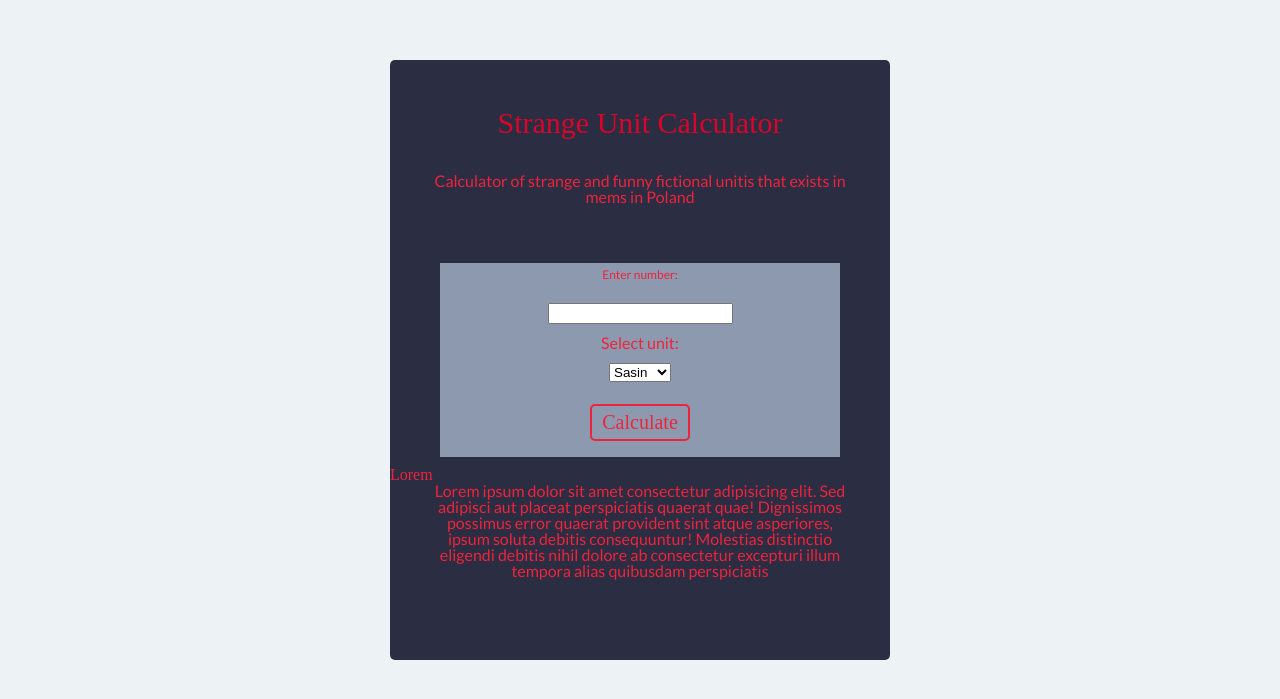
Repository: Gibon9/Calc2
Page: index.html
The author's editor kept a copy of each file at every save. The page is drawn from the files as they stood at one save, then again after the next save.
The browser window is 1280 px wide. The pictures show the whole page.
Some web fonts or font styles are not loaded; a fallback is used.

Above is the page before, as saved 2020-11-25 11:36:29.

After the next save:
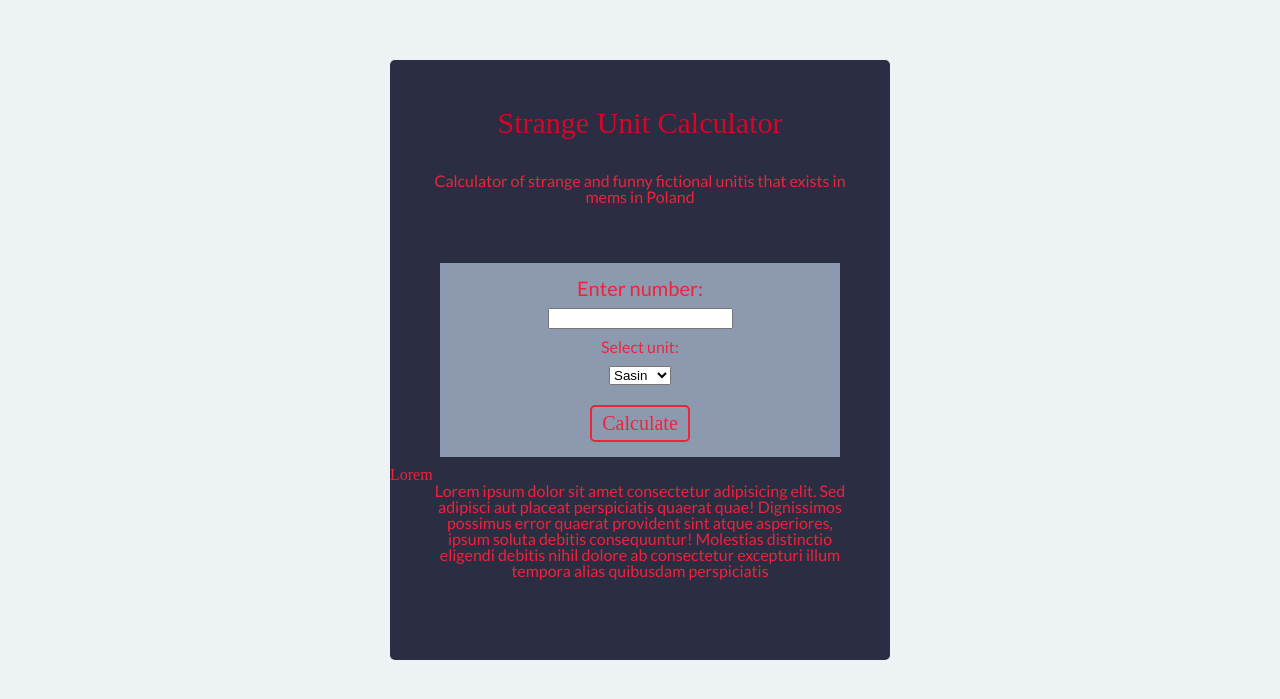
Saved 32 s later.
--- a/styles/style.css
+++ b/styles/style.css
@@ -86,8 +86,8 @@ option {
 }
 
 .input-form--number {
-  font-size: 12px;
-  margin-bottom: 10px;
+  font-size: 20px;
+  margin-top: 10px;
 }
 
 .calc-button {
